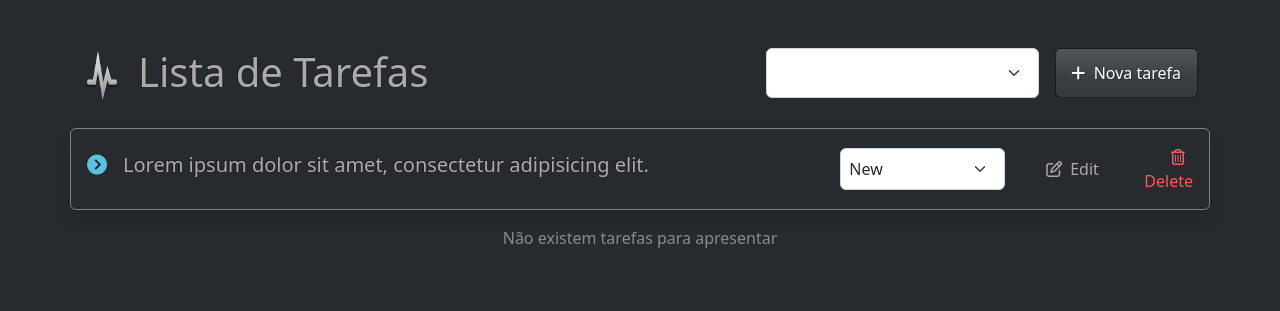
Repository: cargugati/lista_tarefas
Page: frontEnd/index.html
These files come from the project's save history. The page is drawn as it stood at one moment and after a run of saves; the edit follows.
The browser window is 1280 px wide. The pictures show the whole page.

Above is the page before, as saved 2023-03-18 23:07:14.

### frontEnd/index.html
<!DOCTYPE html>
<html lang="pt-br">

<head>
  <meta charset="UTF-8">
  <meta http-equiv="X-UA-Compatible" content="IE=edge">
  <meta name="viewport" content="width=device-width, initial-scale=1.0">
  <title>Lista de Tarefas</title>
  <link rel="stylesheet" href="./assets/css/bootstrap.min.css">
  <link rel="stylesheet" href="./assets/fontawesome/css/all.min.css">
  <link rel="shortcut icon" href="./assets/images/favicon.png" type="image/png">
</head>

<body>
  <div class="container my-5">

    <!-- cabeçalho -->
    <div class="row mb-4">
      <div class="col">
        <div class="d-flex justify-content-start">
          <img src="./assets/images/favicon.png" alt="Logo" class="img-fluid me-3" width="40px">
          <h1>Lista de Tarefas</h1>
        </div>

      </div>
      <div class="col text-end">
        <div class="d-flex justify-content-end">
          <select id="select_filter" class="form-select w-50 p-2 me-3">
            <option value=""></option>
            <option value="1">filtro 1</option>
          </select>
          <a href="new_task.html" class="btn btn-primary"><i class="fa-solid fa-plus me-2"></i>Nova tarefa</a>
        </div>
      </div>
    </div>

    <!-- aspecto visual de uma tarefa -->
    <div class="row mb-3">
      <div class="col-12 border border-secondary rounded p-3 shadow">
        <div class="row align-items-center">
          <div class="col-8">
            <div class="d-flex align-items-center">
              <h5 class="me-3 text-info"> <i class="fa-solid fa-circle-chevron-right"></i> </h5>
              <h5>Lorem ipsum dolor sit amet, consectetur adipisicing elit.</h5>
            </div>
          </div>
          <div class="col-2">
            <select id="task_status" class="form-select p-2">
              <option value="new">New</option>
              <option value="in progress">In progress</option>
              <option value="canceled">Canceled</option>
              <option value="done">Done</option>
            </select>
          </div>
          <div class="col-1 text-end"><i class="fa-regular fa-pen-to-square me-2"></i>Edit</div>
          <div class="col-1 text-end text-danger"><i class="fa-regular fa-trash-can me-2"></i>Delete</div>
        </div>
      </div>
    </div>

    <!-- total tarefas -->

    <!-- sem tarefa -->
    <div class="row " id="no_tasks">
      <div class="col text-center">
        <span class="opacity-75">Não existem tarefas para apresentar</span>
      </div>
    </div>
  </div>


  <script src="./assets/js/bootstrap.bundle.min.js"></script>
</body>

</html>

Loaded but not shown: frontEnd/assets/css/bootstrap.min.css (library); frontEnd/assets/fontawesome/css/all.min.css (library); frontEnd/assets/js/bootstrap.bundle.min.js (library)

After the next 2 saves:
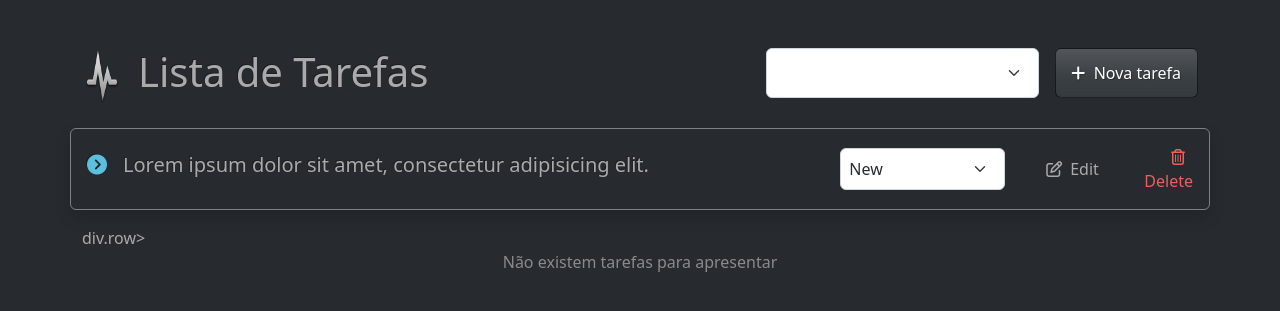
The 2 saves are shown as one change because they came seconds apart.
The last was saved 18 s later.
--- a/frontEnd/index.html
+++ b/frontEnd/index.html
@@ -59,6 +59,7 @@
     </div>
 
     <!-- total tarefas -->
+    div.row>
 
     <!-- sem tarefa -->
     <div class="row " id="no_tasks">
